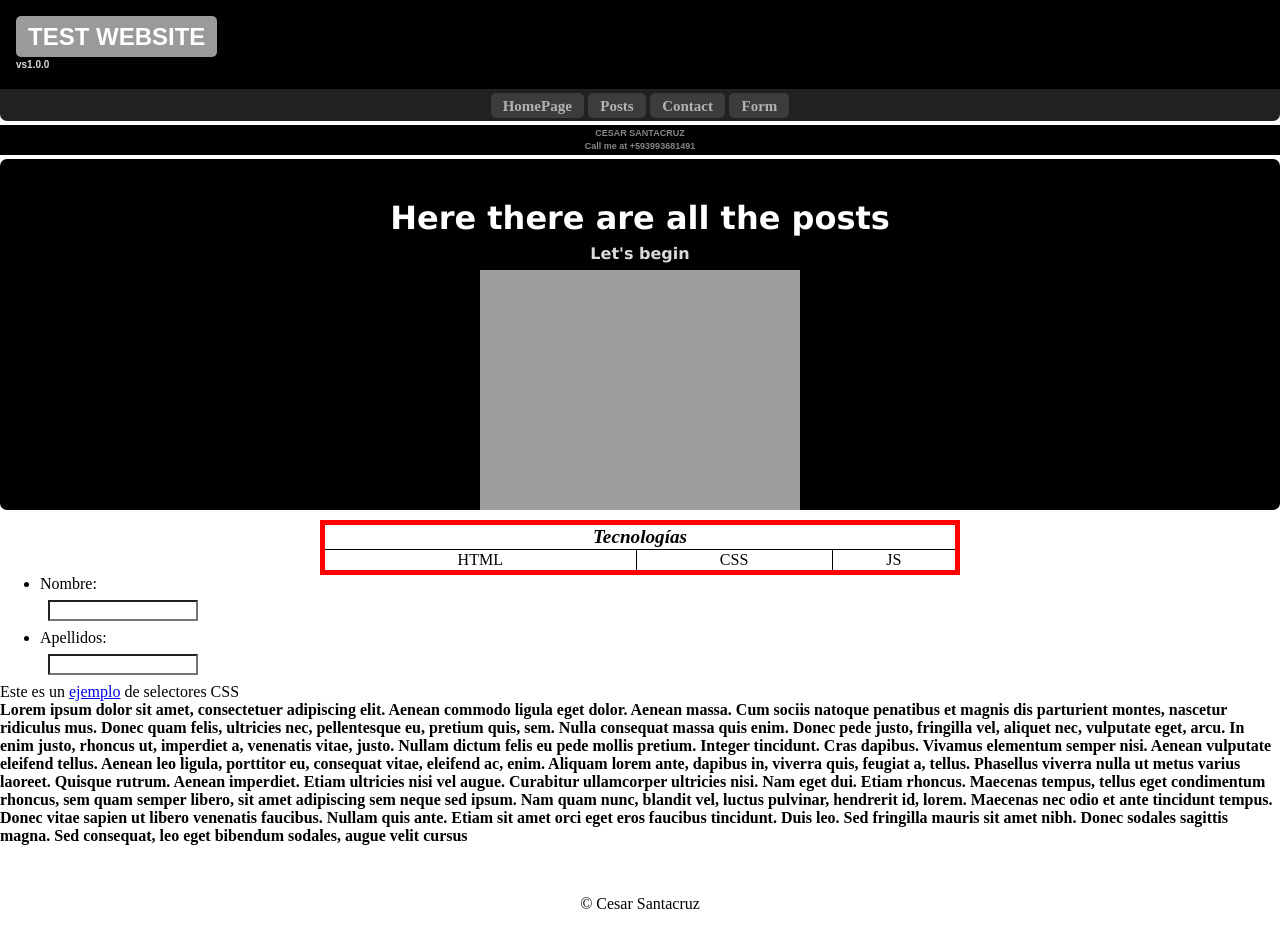
Repository: cesarsant0203/My_Study
Page: Introducción al desarrollo web/My Page 1/2.posts.html
The author's editor kept a copy of each file at every save. The page is drawn from the files as they stood at one save, then again after the next save.
The browser window is 1280 px wide. The pictures show the whole page.
Pictures or frames that could not be fetched are drawn as grey boxes.

Above is the page before, as saved 2020-04-29 20:37:19.

### Introducción al desarrollo web/My Page 1/2.posts.html
<!DOCTYPE html>
<html lang="es">

<head>
    <meta charset="utf-8" />
    <title> Selectores CSS </title>
    <link href="2.posts.css" rel="stylesheet" />
</head>

<body>
    <header>
        <h1>
            <a id="header" href="1.index.html">TEST WEBSITE</a>
        </h1>
        <h4 id="vs">vs1.0.0</h4>
    </header>
    <section id="navBar" class="box">
        <nav>
            <a class="index" href="1.index.html">HomePage</a>
            <a class="index" href="2.posts.html">Posts</a>
            <a class="index" href="3.contacto.html">Contact</a>
            <a class="index" href="4.formulario.html">Form</a>
        </nav>
    </section>
    <section id="info">
        <p id="callMe">CESAR SANTACRUZ<br />
            Call me at +593993681491</p>
    </section>
    <article id="ar1" class="blackCard">
        <h2>Here there are all the posts</h2>
        <p id="intro">Let's begin</p>
        <img src="https://applauss.com/wp-content/uploads/2016/01/gifs-animados-13.gif" title="gifPacman" class="gif" />
    </article>
    <section>
        <table id="tec">
            <thead>
                <td colspan="3"><em><strong>Tecnologías</strong></em></td>
            </thead>
            <tbody>
                <tr>
                    <td>HTML</td>
                    <td>CSS</td>
                    <td>JS</td>
                </tr>
            </tbody>
        </table>
    </section>
    <article>
        <form action="...">
            <ul>
                <li>
                    <label id="lname" for="name">Nombre: </label> <br />
                    <input type="text" id="name" />
                </li>
                <li>
                    <label id="lsname" for="sname">Apellidos:</label> <br />
                    <input type="text" id="sname" />
                </li>
            </ul>
        </form>
    </article>
    <span id="mySpan">Este es un <a href="#" class="bold">ejemplo</a> de selectores</span>
    <span class="bold red">CSS</span>
    <p id="p1">Lorem ipsum dolor sit amet, consectetuer adipiscing elit. Aenean commodo ligula
        eget dolor. Aenean massa. Cum sociis natoque penatibus et magnis dis parturient montes, nascetur ridiculus mus.
        Donec quam felis, ultricies nec, pellentesque eu, pretium quis, sem. Nulla consequat massa quis enim. Donec pede
        justo, fringilla vel, aliquet nec, vulputate eget, arcu. In enim justo, rhoncus ut, imperdiet a, venenatis
        vitae,
        justo. Nullam dictum felis eu pede mollis pretium. Integer tincidunt. Cras dapibus. Vivamus elementum semper
        nisi.
        Aenean vulputate eleifend tellus. Aenean leo ligula, porttitor eu, consequat vitae, eleifend ac, enim. Aliquam
        lorem
        ante, dapibus in, viverra quis, feugiat a, tellus. Phasellus viverra nulla ut metus varius laoreet. Quisque
        rutrum.
        Aenean imperdiet. Etiam ultricies nisi vel augue. Curabitur ullamcorper ultricies nisi. Nam eget dui. Etiam
        rhoncus.
        Maecenas tempus, tellus eget condimentum rhoncus, sem quam semper libero, sit amet adipiscing sem neque sed
        ipsum.
        Nam quam nunc, blandit vel, luctus pulvinar, hendrerit id, lorem. Maecenas nec odio et ante tincidunt tempus.
        Donec
        vitae sapien ut libero venenatis faucibus. Nullam quis ante. Etiam sit amet orci eget eros faucibus tincidunt.
        Duis
        leo. Sed fringilla mauris sit amet nibh. Donec sodales sagittis magna. Sed consequat, leo eget bibendum sodales,
        augue velit cursus
    </p>

    <footer>
        &copy Cesar Santacruz
    </footer>

</body>

</html>

### Introducción al desarrollo web/My Page 1/2.posts.css
* {
    margin: 0;
}
header {
    background: black;
    padding: 1em;
    box-sizing: border-box;
    margin: 0em;
}
a#header, h4 {
    background-color: inherit;
    box-sizing: border-box;
    margin-bottom: 1px;
}
a#header {
    font-family: Arial, Helvetica, sans-serif;
    line-height: 1.4;
    color: white;
    font-size: 24px;
    font-weight: bold;
    text-decoration: none;
    padding: 0.3em 0.5em;
    border-radius: 5px;
    background-color: rgba(255, 255, 255, 0.602);
    transition: background-color 1s linear;
    transition: color 1s linear
}
a#header:hover, a#header:focus {
    background-color: #fff;
    color: black;
}
a#header:focus {
    box-shadow: 0 0 0 3px rgba(0,0,0,0.25);
    outline: 0;
}
h4#vs {
    color: gainsboro;
    font-size: x-small;
    font-family: Arial, Helvetica, sans-serif;
    line-height: 1.4;
    margin-top: 4px;
}
section#navBar{
    font-size: large;
    text-align: center;
    background-color: rgb(34, 32, 32);
    padding: 0.33em;
    border-bottom-left-radius: 7px;
    border-bottom-right-radius: 7px;
}
a.index{
    box-sizing: border-box;
    margin-top: auto;
    font-size: 15px;
    font-weight: bold;
    color: rgba(255, 255, 255, 0.609);
    text-decoration: none;
    padding: 0.3em 0.8em;
    border-radius: 5px;
    background-color: rgba(78, 78, 78, 0.602);
    transition: color 1s linear;
}
a.index:hover, a.index:focus {
    color: #fff;
}
a.index:focus, {
    box-shadow: 0 0 0 3px rgba(0,0,0,0.25);
    outline: 0;
}
a.index:link {
    text-decoration: none;
}
a.index:visited {
    text-decoration: none;
}
p#callMe {
    box-sizing: border-box;
    margin-top: 4px;
    margin-bottom: 4px;
    padding: 2px;
    font-family: Arial, Helvetica, sans-serif;
    font-weight: bold;
    text-align: center;
    font-size: xx-small;
    color: rgb(134, 134, 134);
    line-height: 1.4;
    background-color: black;
}
.blackCard {
    color: white;
    background-color: black;
    text-align: center;
    box-sizing: border-box;
    margin-top: 0.1em;
    margin-bottom: 0.1em;
    border-radius: 7px;

}
.whiteCard {
    color: black;
    background-color: white;
    text-align: center;
    box-sizing: border-box;
    margin-top: 0.1em;
    margin-bottom: 0.1em;
    margin-top: 0.1em;
    border-radius: 7px;
}
/*----------------------------------------------------------------------------------------------------*/

h2, p#intro,p#card1, p#card2 {
    font-family: 'Lucida Sans', 'Lucida Sans Regular', 'Lucida Grande',
     'Lucida Sans Unicode', Geneva, Verdana, sans-serif;
     font-weight: bold;
     padding-bottom: 7px;
}
h2 {
    font-size: 32px;
    padding-top: 40px;
}
p#intro {
    color: rgba(255, 255, 255, 0.856);
}





img.gif {
    width: 320px;
    height: 240px;
    display: block;
    margin: auto;
}
table#tec {
    border: red 5px solid;
    border-collapse: collapse;
    width: 50%;
    text-align: center;
    margin-left: auto;
    margin-right: auto;
    margin-top: 10px;
}
thead {
    font-size: larger;
}
td{
    border: black 1px solid;
}
form :focus {
    border: 2px solid rgb(0, 82, 175);
}
p:first-of-type{
    font-weight: bold;
}

input#name, input#sname{
    background-color: white;
        margin: 0.2cm;
        width: 150px;
        box-sizing: border-box;
}
footer {
    position: relative;
    margin-top: 50px;
    text-align: center;
    height: 30px;
}

After the next save:
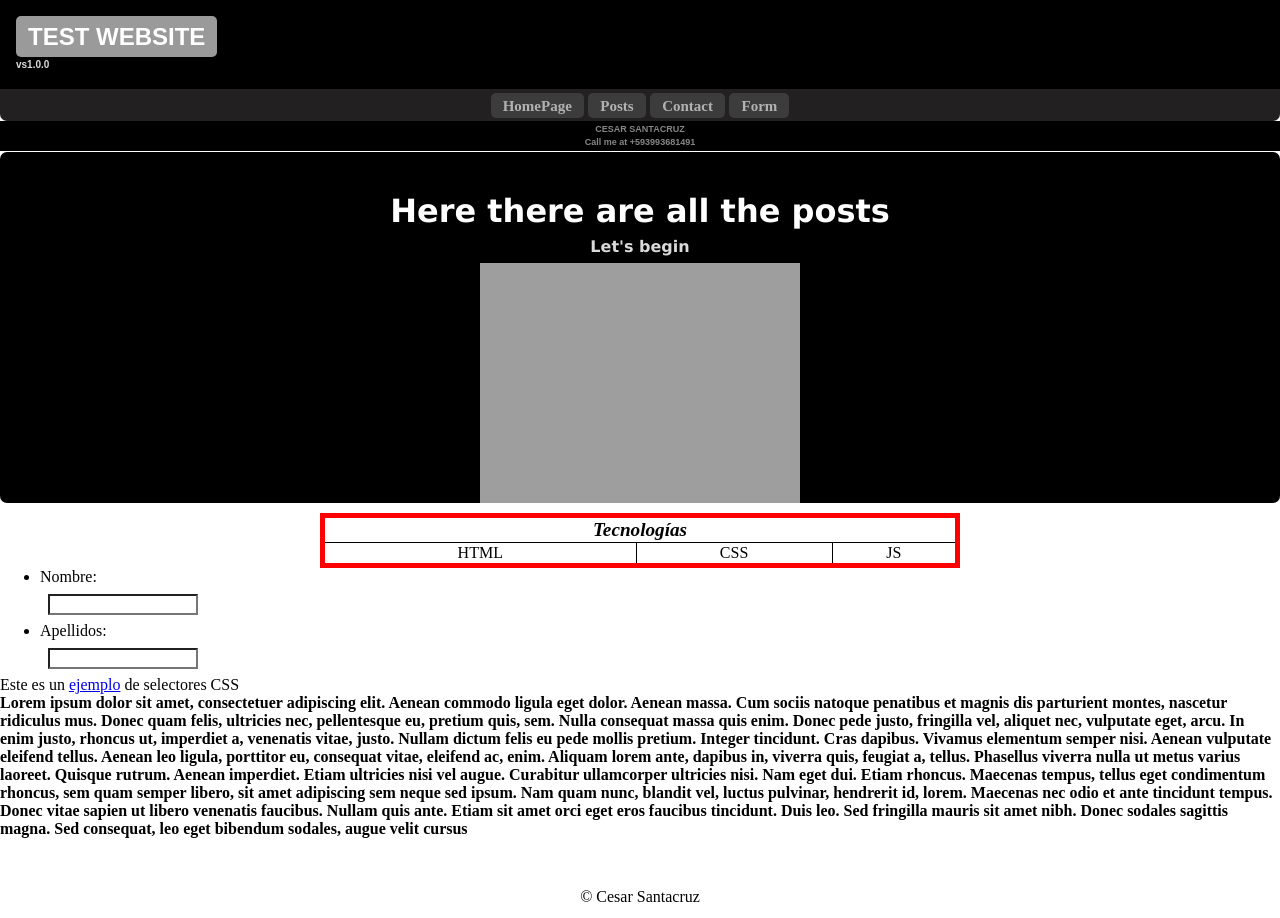
Saved 31 s later.
--- a/Introducción al desarrollo web/My Page 1/2.posts.css
+++ b/Introducción al desarrollo web/My Page 1/2.posts.css
@@ -75,8 +75,7 @@ a.index:visited {
 }
 p#callMe {
     box-sizing: border-box;
-    margin-top: 4px;
-    margin-bottom: 4px;
+
     padding: 2px;
     font-family: Arial, Helvetica, sans-serif;
     font-weight: bold;

After the save that followed:
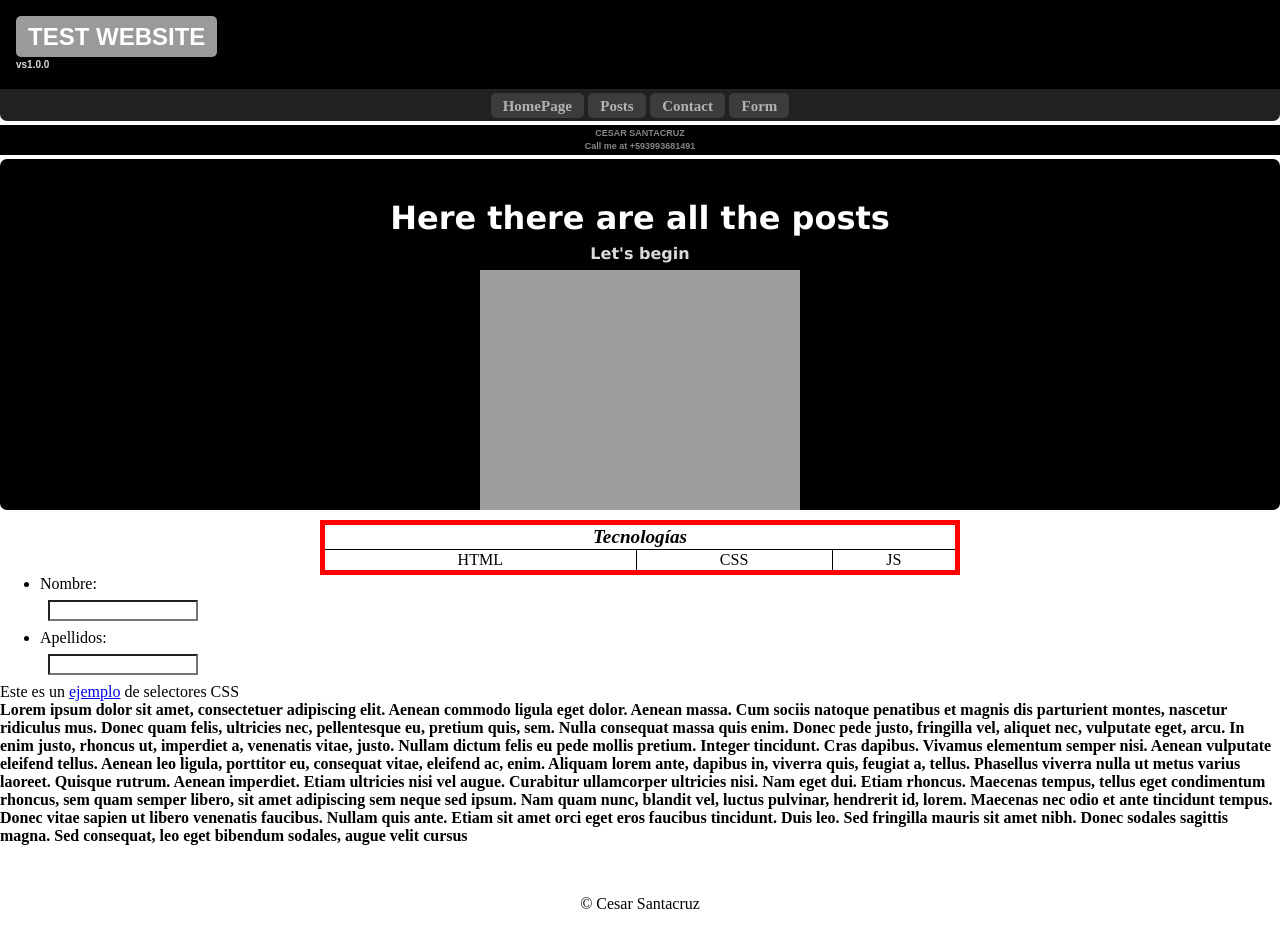
Saved 9 s later.
--- a/Introducción al desarrollo web/My Page 1/2.posts.css
+++ b/Introducción al desarrollo web/My Page 1/2.posts.css
@@ -75,7 +75,8 @@ a.index:visited {
 }
 p#callMe {
     box-sizing: border-box;
-
+    margin-top: 4px;
+    margin-bottom: 4px;
     padding: 2px;
     font-family: Arial, Helvetica, sans-serif;
     font-weight: bold;
